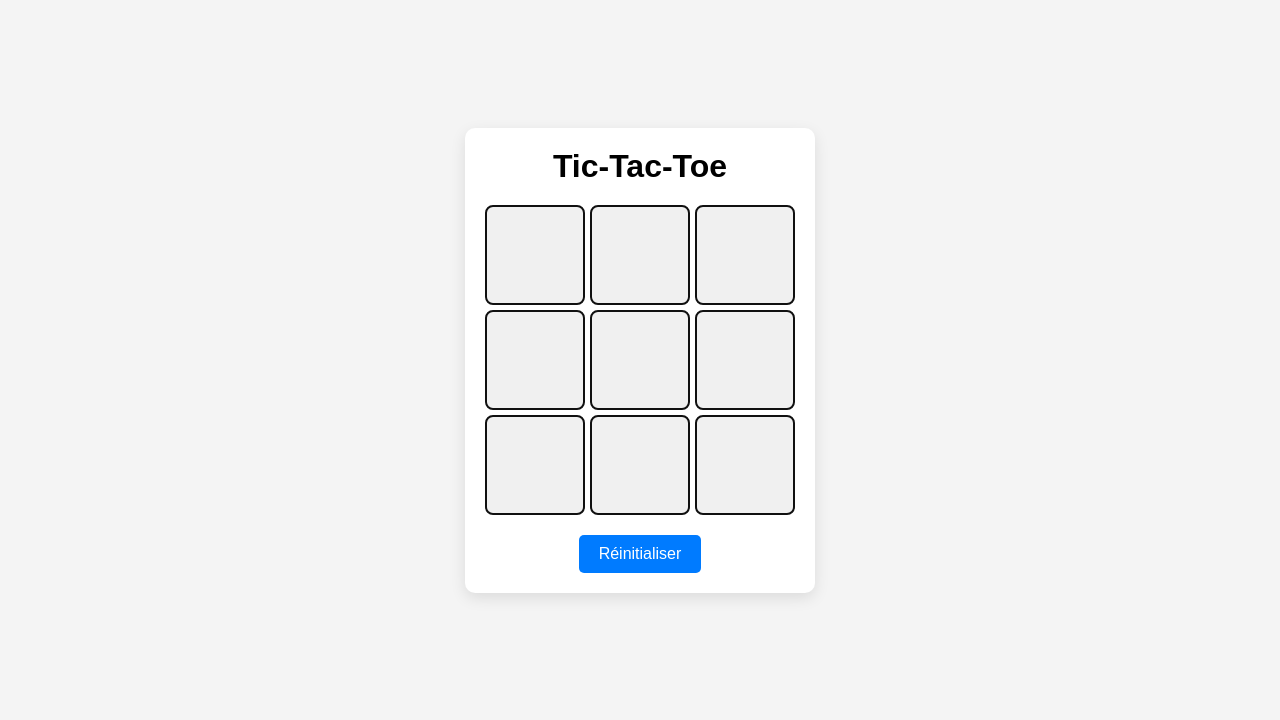
Repository: FTheo57/EvaluationGit
Page: index.html
These files come from the project's save history. The page is drawn as it stood at one moment and after the next save; the edit follows.
The browser window is 1280 px wide. The pictures show the whole page.

Above is the page before, as saved 2025-03-10 16:43:35.
Not found: script.js

### index.html
<!DOCTYPE html>
<html lang="fr">
  <head>
    <meta charset="UTF-8" />
    <meta name="viewport" content="width=device-width, initial-scale=1.0" />
    <title>Tic-Tac-Toe</title>
    <link rel="stylesheet" href="/css/styles.css"
</head>
<body>
    <div class="container">
        <h1>Tic-Tac-Toe</h1>
        <div class="game-board" id="game-board">
            <div class="cell" data-index="0"></div>
            <div class="cell" data-index="1"></div>
            <div class="cell" data-index="2"></div>
            <div class="cell" data-index="3"></div>
            <div class="cell" data-index="4"></div>
            <div class="cell" data-index="5"></div>
            <div class="cell" data-index="6"></div>
            <div class="cell" data-index="7"></div>
            <div class="cell" data-index="8"></div>
        </div>
        <button id="reset">Réinitialiser</button>
    </div>

    <script src="script.js"></script>
</body>
</html>

### css/styles.css
* {
    margin: 0;
    padding: 0;
    box-sizing: border-box;
}

body {
    font-family: Arial, sans-serif;
    display: flex;
    justify-content: center;
    align-items: center;
    height: 100vh;
    background-color: #f4f4f4;
}

.container {
    text-align: center;
    background-color: white;
    padding: 20px;
    border-radius: 10px;
    box-shadow: 0 5px 15px rgba(0, 0, 0, 0.1);
    position: relative;
}

.score-container {
    text-align: center;
    padding: 15px;
    border-radius: 8px;
    margin: 10px;
}

#score-x {
    color: #ff0000;
    order : -1;
}

#score-o {
    color: #0000ff;
    order: 1;
}
h1 {
    margin-bottom: 20px;
    font-size: 2rem;
}

.game-board {
    order: 0;
    display: grid;
    grid-template-columns: repeat(3, 100px);
    grid-template-rows: repeat(3, 100px);
    gap: 5px;
    margin-bottom: 20px;
}

.cell {
    width: 100px;
    height: 100px;
    background-color: #f0f0f0;
    display: flex;
    justify-content: center;
    align-items: center;
    font-size: 2rem;
    cursor: pointer;
    border: 2px solid #101010;
    border-radius: 8px;
    transition: background-color 0.3s ease;
}

.cell:hover {
    background-color: #e0e0e0;
}

button {
    padding: 10px 20px;
    font-size: 1rem;
    cursor: pointer;
    background-color: #007bff;
    color: white;
    border: none;
    border-radius: 5px;
    transition: background-color 0.3s ease;
}

button:hover {
    background-color: #0056b3;
}
.rules-btn {
    position: absolute;
    top: 10px;
    left: 10px;
    padding: 10px;
    font-size: 1.5rem;
    background-color: #007bff;
    color: white;
    border: none;
    border-radius: 50%;
    cursor: pointer;
    transition: background-color 0.3s ease;
}

.rules-btn:hover {
    background-color: #0056b3;
}


.popup {
    display: none;
    position: fixed;
    top: 0;
    left: 0;
    width: 100%;
    height: 100%;
    background-color: rgba(0, 0, 0, 0.5);
    justify-content: center;
    align-items: center;
}

.popup-content {
    background-color: white;
    padding: 20px;
    border-radius: 10px;
    text-align: center;
    width: 300px;
}

.popup h2 {
    margin-bottom: 10px;
}

.popup ul {
    list-style-type: none;
    margin-bottom: 20px;
}

.popup button {
    background-color: #007bff;
    color: white;
    border: none;
    border-radius: 5px;
    padding: 10px;
    cursor: pointer;
}

.popup button:hover {
    background-color: #0056b3;
}

After the next save:
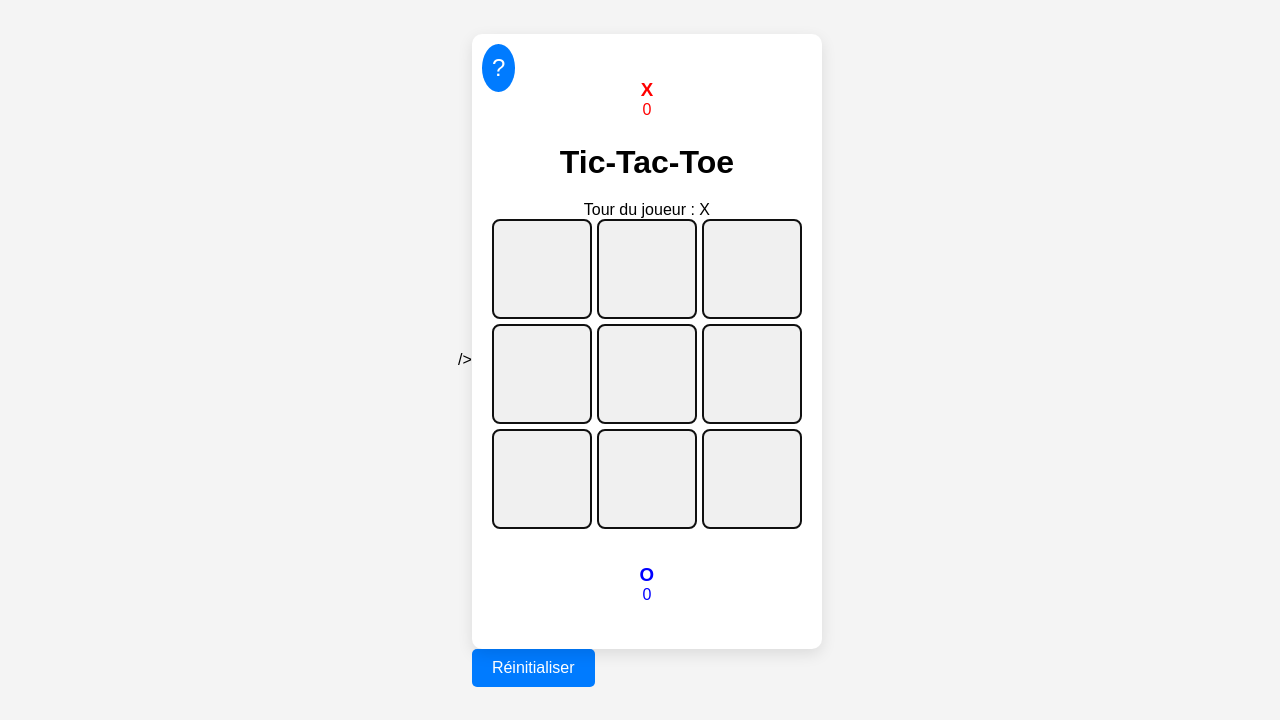
Saved 8 s later.
--- a/index.html
+++ b/index.html
@@ -4,12 +4,19 @@
     <meta charset="UTF-8" />
     <meta name="viewport" content="width=device-width, initial-scale=1.0" />
     <title>Tic-Tac-Toe</title>
-    <link rel="stylesheet" href="/css/styles.css"
-</head>
-<body>
-    <div class="container">
-        <h1>Tic-Tac-Toe</h1>
-        <div class="game-board" id="game-board">
+    <link rel="stylesheet" href="css/styles.css"> />
+  </head>
+  <body>
+    <div class="game-wrapper">
+        <div class="container">
+            <div class="score-container" id="score-x">
+                <h3>X</h3>
+                <p id="score-x-value">0</p>
+            </div>
+            <button class="rules-btn" id="rules-btn">?</button>
+          <h1>Tic-Tac-Toe</h1>
+          <p id="turn">Tour du joueur : X</p>
+      <div class="game-board" id="game-board">
             <div class="cell" data-index="0"></div>
             <div class="cell" data-index="1"></div>
             <div class="cell" data-index="2"></div>
@@ -19,8 +26,25 @@
             <div class="cell" data-index="6"></div>
             <div class="cell" data-index="7"></div>
             <div class="cell" data-index="8"></div>
+            </div>
+            <div class="score-container" id="score-o">
+                <h3>O</h3>
+                <p id="score-o-value">0</p>
+            </div>
+      </div>
+      <button id="reset">Réinitialiser</button>
+        <div class="popup" id="popup">
+            <div class="popup-content">
+                <h2>Règles du Jeu</h2>
+                <ul>
+                    <li>Deux joueurs jouent à tour de rôle.</li>
+                    <li>Chaque joueur marque son symbole (X ou O) dans une cellule vide.</li>
+                    <li>Le premier joueur à aligner trois de ses symboles horizontalement, verticalement ou en diagonale gagne.</li>
+                    <li>Si toutes les cellules sont remplies sans gagnant, c'est un match nul.</li>
+                </ul>
+                <button id="close-popup">Fermer</button>
+            </div>
         </div>
-        <button id="reset">Réinitialiser</button>
     </div>
 
     <script src="script.js"></script>
